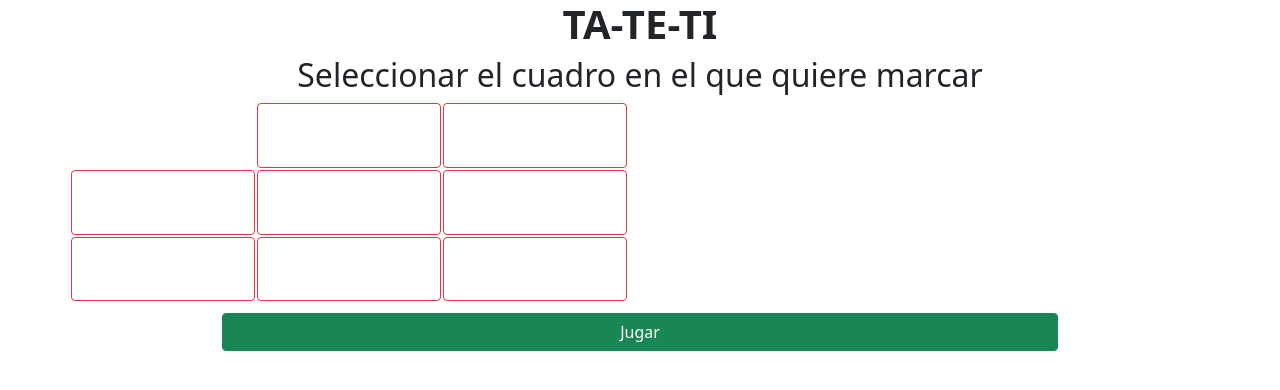
Repository: Lean97-start/TATETI
Page: Tateti.html
These files come from the project's save history. The page is drawn as it stood at one moment and after the next save; the edit follows.
The browser window is 1280 px wide. The pictures show the whole page.

Above is the page before, as saved 2021-07-11 23:00:06.
Console error: SyntaxError: Unexpected token ')'

### Tateti.html
<!DOCTYPE html>
<html lang="en">
<head>
    <meta charset="UTF-8">
    <link rel="stylesheet" type="text/css" href="Tateti.css">
    <link rel="stylesheet" href="Tateti.js">
    <link rel="stylesheet" type="text/css" href="https://necolas.github.io/normalize.css/8.0.1/normalize.css">
    <title>TATETI</title>
    <link href="https://cdn.jsdelivr.net/npm/bootstrap@5.0.2/dist/css/bootstrap.min.css" rel="stylesheet" integrity="sha384-EVSTQN3/azprG1Anm3QDgpJLIm9Nao0Yz1ztcQTwFspd3yD65VohhpuuCOmLASjC" crossorigin="anonymous">
</head>
<body>
    <div class="container">
        <H1 class="fw-bold">TA-TE-TI</H1>
        <H2 class="fw-normal">Seleccionar el cuadro en el que quiere marcar</H2>

            <div class="row w-50 h-50 bg-white">
                <table class="cuadro">
                    <tr>
                        <td><button class="btn  w-100 h-100" id="11"></button></td>
                        <td><button class="btn btn-outline-danger w-100 h-100" id="21"></button></td>
                        <td><button class="btn btn-outline-danger w-100 h-100" id="31"></button></td>
                    </tr>
                    <tr>
                        <td><button class="btn btn-outline-danger w-100 h-100" id="12"></button></td>
                        <td><button class="btn btn-outline-danger w-100 h-100" id="22"></button></td>
                        <td><button class="btn btn-outline-danger w-100 h-100" id="32"></button></td>
                    </tr>
                    <tr>
                        <td><button class="btn btn-outline-danger w-100 h-100" id="13"></button></td>
                        <td><button class="btn btn-outline-danger w-100 h-100" id="23"></button></td>
                        <td><button class="btn btn-outline-danger w-100 h-100" id="33"></button></td>
                    </tr>
                </table>
            </div>
            <div class="row">
                <div class="btn ">
                    <button type="button" class="btn btn-success my-1 w-75" id="btn-jugar">Jugar</button>
                </div>
            </div>

        </div>
    <script src="Tateti.js"></script>
    <script src="https://cdn.jsdelivr.net/npm/bootstrap@5.0.2/dist/js/bootstrap.bundle.min.js" integrity="sha384-MrcW6ZMFYlzcLA8Nl+NtUVF0sA7MsXsP1UyJoMp4YLEuNSfAP+JcXn/tWtIaxVXM" crossorigin="anonymous"></script>
</body>
</html>

### Tateti.css
h1{
    font-size: 55px;
    text-align: center;
}
h2{
    font-size: 30px;
    text-align: center;
}
.cuadro{
    /* border: 5px teal solid;
    background: grey; */
    position: relative;
    height: 200px;
    width: 20px;
    margin: auto;
}
.entradas{
    text-align: center;
    font-family: Arial, Helvetica, sans-serif;
    font-size: 60px;
    height: 80px;
    width: 80px;
    box-sizing: border-box;

}

### Tateti.js
let var1, var2, var3,var4, var5,var6 = undefined
function mostrar(){
    let prueba = document.getElementById('v1');
    alert(prueba);
}
function jugarTurno (){
    if(){

    }
    else if (var1 != undefined || var2 != undefined || var3 != undefined ||var4 != undefined ||var5 != undefined || var6 != undefined ){

    }


}

After the next save:
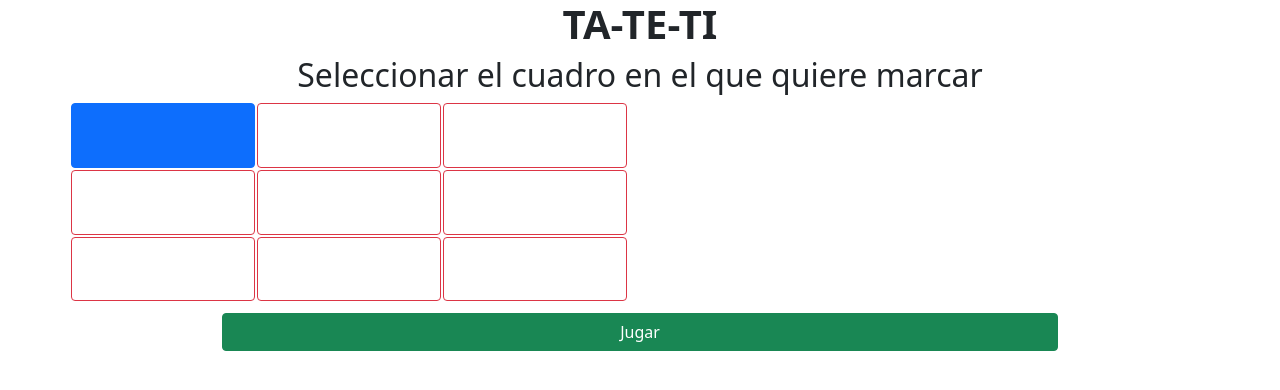
Saved 31 s later.
--- a/Tateti.html
+++ b/Tateti.html
@@ -16,7 +16,7 @@
             <div class="row w-50 h-50 bg-white">
                 <table class="cuadro">
                     <tr>
-                        <td><button class="btn  w-100 h-100" id="11"></button></td>
+                        <td><button class="btn btn-primary w-100 h-100" id="11"></button></td>
                         <td><button class="btn btn-outline-danger w-100 h-100" id="21"></button></td>
                         <td><button class="btn btn-outline-danger w-100 h-100" id="31"></button></td>
                     </tr>

After the save that followed:
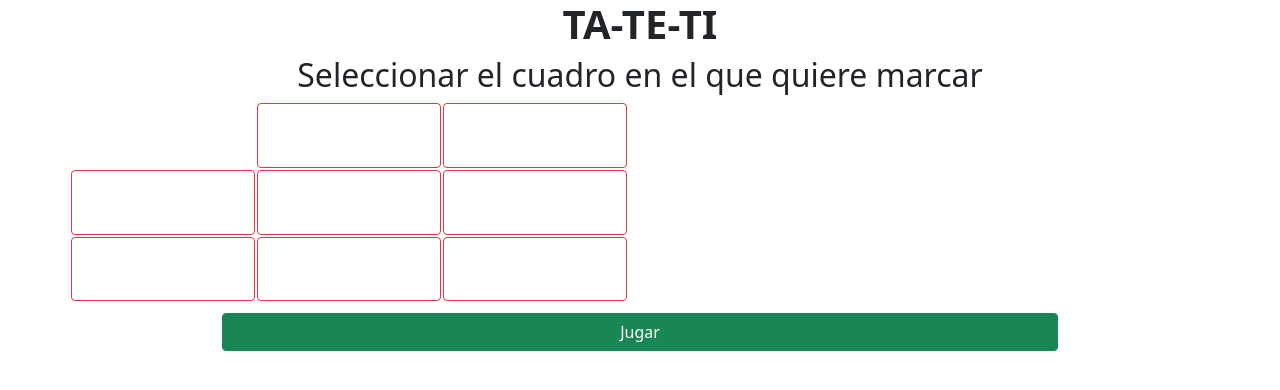
Saved 9 s later.
--- a/Tateti.html
+++ b/Tateti.html
@@ -16,7 +16,7 @@
             <div class="row w-50 h-50 bg-white">
                 <table class="cuadro">
                     <tr>
-                        <td><button class="btn btn-primary w-100 h-100" id="11"></button></td>
+                        <td><button class="btn btn- w-100 h-100" id="11"></button></td>
                         <td><button class="btn btn-outline-danger w-100 h-100" id="21"></button></td>
                         <td><button class="btn btn-outline-danger w-100 h-100" id="31"></button></td>
                     </tr>
